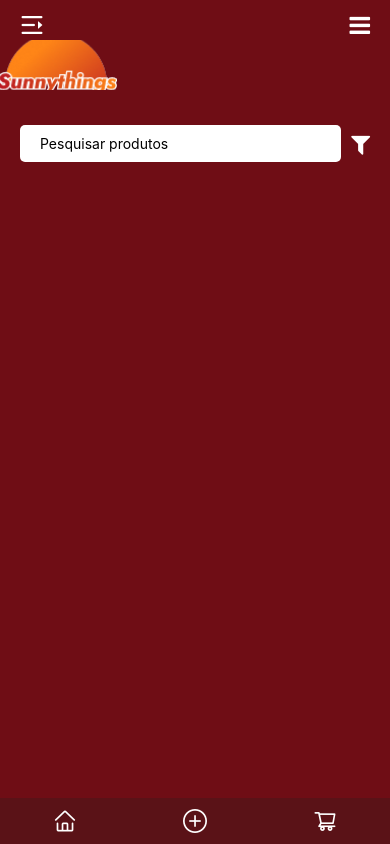
Repository: Luizzzin/SuperMercado
Screen: / (app in suny/)
An editor plug-in stored every save of this project. The screen is shown before and after the next save, followed by the edit.
The app was drawn by React Native's web renderer in a window 390 px wide. The project was rebuilt for these pictures with package versions that can differ from the ones it lists, and the page was loaded fresh each time.

Above is the screen before, as saved 2024-05-09 19:48:18.

### suny/App.js
import React from 'react';
import { NavigationContainer } from '@react-navigation/native';
import { createStackNavigator } from '@react-navigation/stack';
import Routes from './routes'; // Importe o componente Routes

const Stack = createStackNavigator();

const App = () => {
  return <Routes />;
}

export default App;

### suny/routes.js
import React from 'react';
import { NavigationContainer } from '@react-navigation/native';
import { createStackNavigator } from '@react-navigation/stack';
import HomeScreen from './HomeScreen'; // Importe o componente HomeScreen

const Stack = createStackNavigator();

const Routes = () => {
  return (
    <NavigationContainer>
      <HomeScreen />
    </NavigationContainer>
  );
}

export default Routes;

### suny/HomeScreen.js
import React from 'react';
import { View, Text, StyleSheet, TouchableOpacity, TextInput, Image, ScrollView } from 'react-native';
import { AntDesign, FontAwesome } from '@expo/vector-icons'; // Certifique-se de instalar o pacote expo-vector-icons

const HomeScreen = () => {
  return (
    <View style={styles.container}>
      {/* Header */}
      <View style={styles.header}>
        <TouchableOpacity onPress={() => console.log("Menu clicked")}>
          <AntDesign name="menu-fold" size={24} color="white" />
        </TouchableOpacity>
        <Image source={require('./path/to/your/logo.png')} style={styles.logo} />
        <TouchableOpacity onPress={() => console.log("Hamburger clicked")}>
          <FontAwesome name="bars" size={24} color="white" />
        </TouchableOpacity>
      </View>

      {/* Search Bar */}
      <View style={styles.searchBar}>
        <TextInput
          style={styles.input}
          placeholder="Pesquisar produtos"
        />
        <TouchableOpacity onPress={() => console.log("Filter clicked")}>
          <FontAwesome name="filter" size={24} color="white" />
        </TouchableOpacity>
      </View>

      {/* Category Carousel */}
      <ScrollView horizontal style={styles.carousel}>
        {/* Render your 7 category images here */}
      </ScrollView>

      {/* Product Cards */}
      <ScrollView style={styles.productContainer}>
        {/* Render your product cards here */}
      </ScrollView>

      {/* Tab Bar */}
      <View style={styles.tabBar}>
        <TouchableOpacity onPress={() => console.log("Home clicked")} style={styles.tabItem}>
          <AntDesign name="home" size={24} color="white" />
        </TouchableOpacity>
        <TouchableOpacity onPress={() => console.log("Add clicked")} style={styles.tabItem}>
          <AntDesign name="pluscircleo" size={24} color="white" />
        </TouchableOpacity>
        <TouchableOpacity onPress={() => console.log("Cart clicked")} style={styles.tabItem}>
          <AntDesign name="shoppingcart" size={24} color="white" />
        </TouchableOpacity>
      </View>
    </View>
  );
}

const styles = StyleSheet.create({
  container: {
    flex: 1,
    backgroundColor: '#6F0D15',
  },
  header: {
    flexDirection: 'row',
    justifyContent: 'space-between',
    alignItems: 'center',
    paddingHorizontal: 20,
    paddingTop: 0,
  },
  logo: {
    width: 120,
    height: 50,
    right: 140,
    top: 40,
  },
  searchBar: {
    flexDirection: 'row',
    alignItems: 'center',
    paddingHorizontal: 20,
    marginTop: 75,
  },
  input: {
    flex: 1,
    backgroundColor: 'white',
    borderRadius: 5,
    paddingVertical: 10,
    paddingHorizontal: 20,
    marginRight: 10,
  },
  carousel: {
    marginTop: 20,
    paddingHorizontal: 20,
    marginBottom: 20,
  },
  productContainer: {
    paddingHorizontal: 20,
  },
  tabBar: {
    flexDirection: 'row',
    justifyContent: 'space-around',
    backgroundColor: '#5A1217',
    paddingVertical: 10,
  },
  tabItem: {
    flex: 1,
    alignItems: 'center',
  },
});

export default HomeScreen;

After the next save:
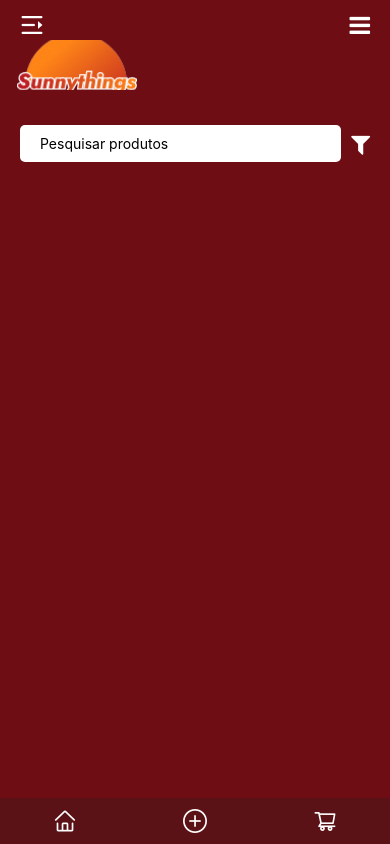
Saved 14 s later.
--- a/suny/HomeScreen.js
+++ b/suny/HomeScreen.js
@@ -68,7 +68,7 @@
   logo: {
     width: 120,
     height: 50,
-    right: 140,
+    right: 120,
     top: 40,
   },
   searchBar: {
